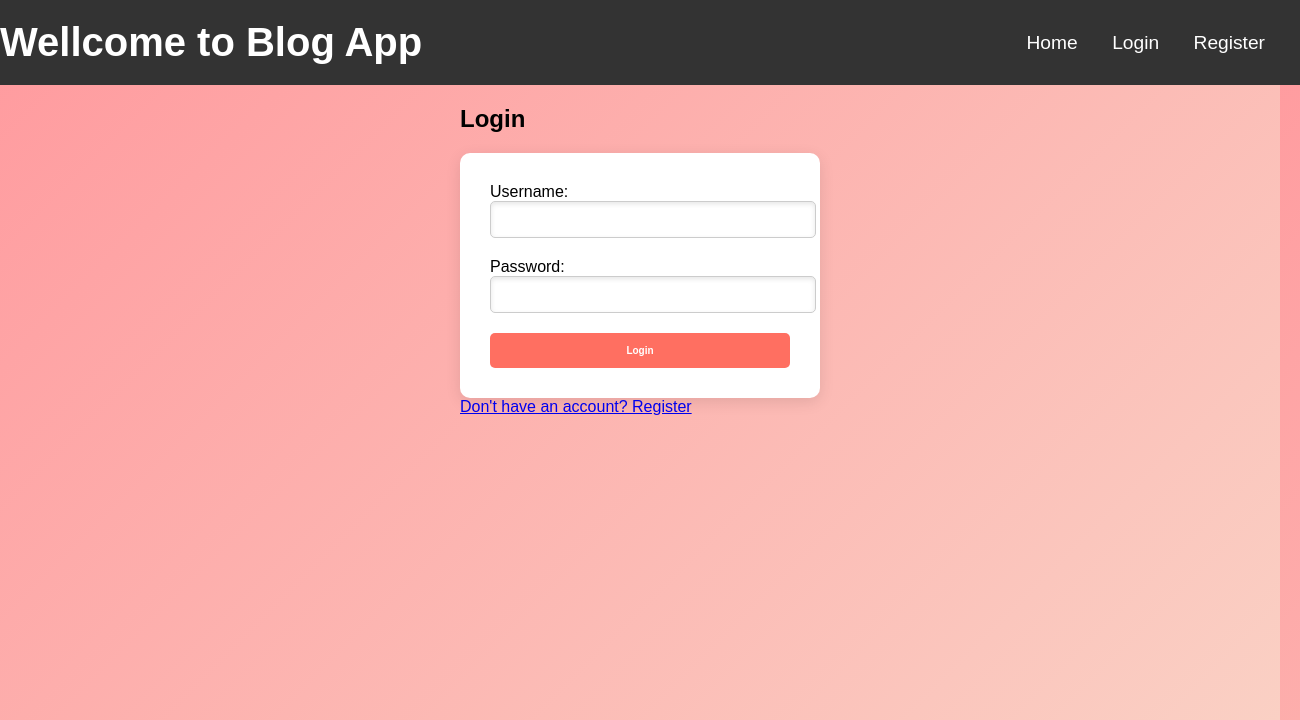
Repository: kapucuonur/blog_App
Page: users/templates/users/login.html
These files come from the project's save history. The page is drawn as it stood at one moment and after the next save; the edit follows.
The browser window is 1280 px wide. The page is 1300 px wide, so the pictures cover 1300 px, including what lies to the right of the window. The pictures show the whole page.
The template is drawn by Django 4.2. The application's start-up code is not run. The template is opened directly, without the code that normally fills it, so the values that code supplies are empty.

Above is the page before, as saved 2025-01-28 13:27:01.

After the next save:
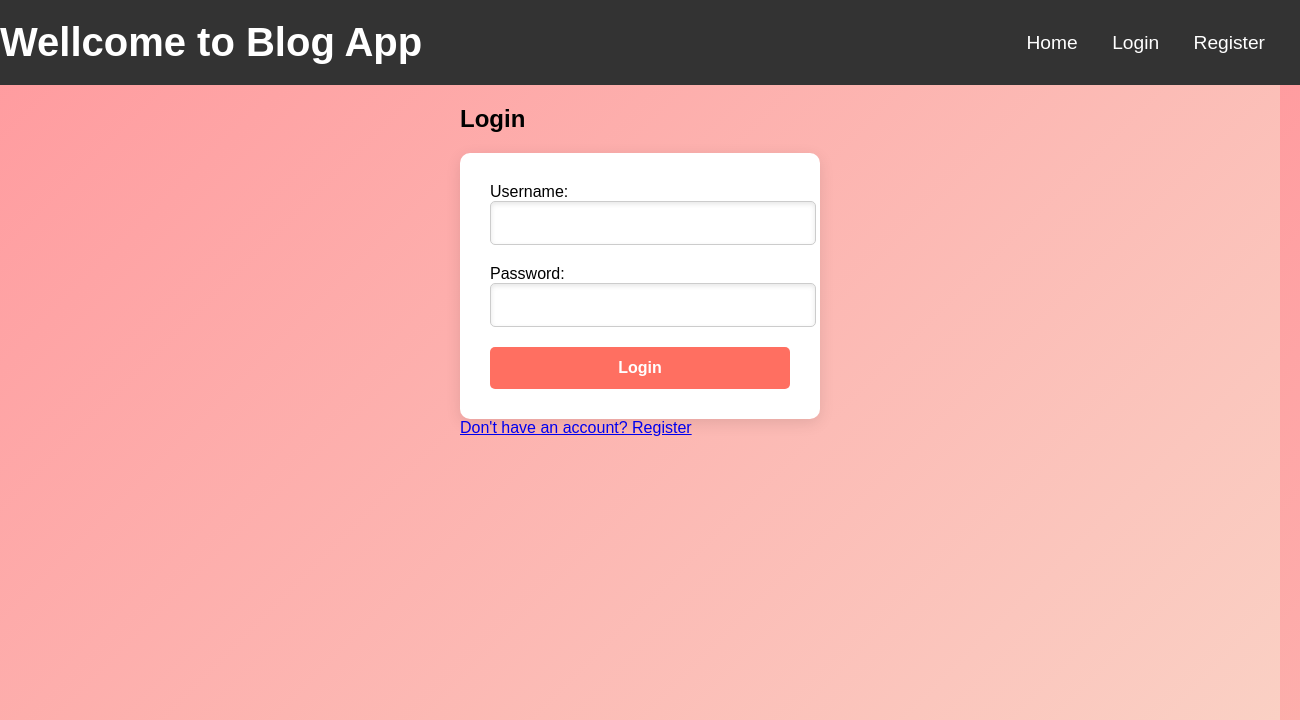
Saved 40 s later.
--- a/static/css/styles.css
+++ b/static/css/styles.css
@@ -130,7 +130,7 @@ form input {
     margin-bottom: 20px;
     border: 1px solid #ccc;
     border-radius: 5px;
-    font-size: 10px;
+    font-size: 16px;
     box-shadow: inset 0 2px 5px rgba(0, 0, 0, 0.1);
     transition: border-color 0.3s ease, box-shadow 0.3s ease;
 }
@@ -149,7 +149,7 @@ form button {
     color: white;
     border: none;
     border-radius: 5px;
-    font-size: 10px;
+    font-size: 16px;
     font-weight: bold;
     cursor: pointer;
     transition: background 0.3s ease, transform 0.2s ease;
